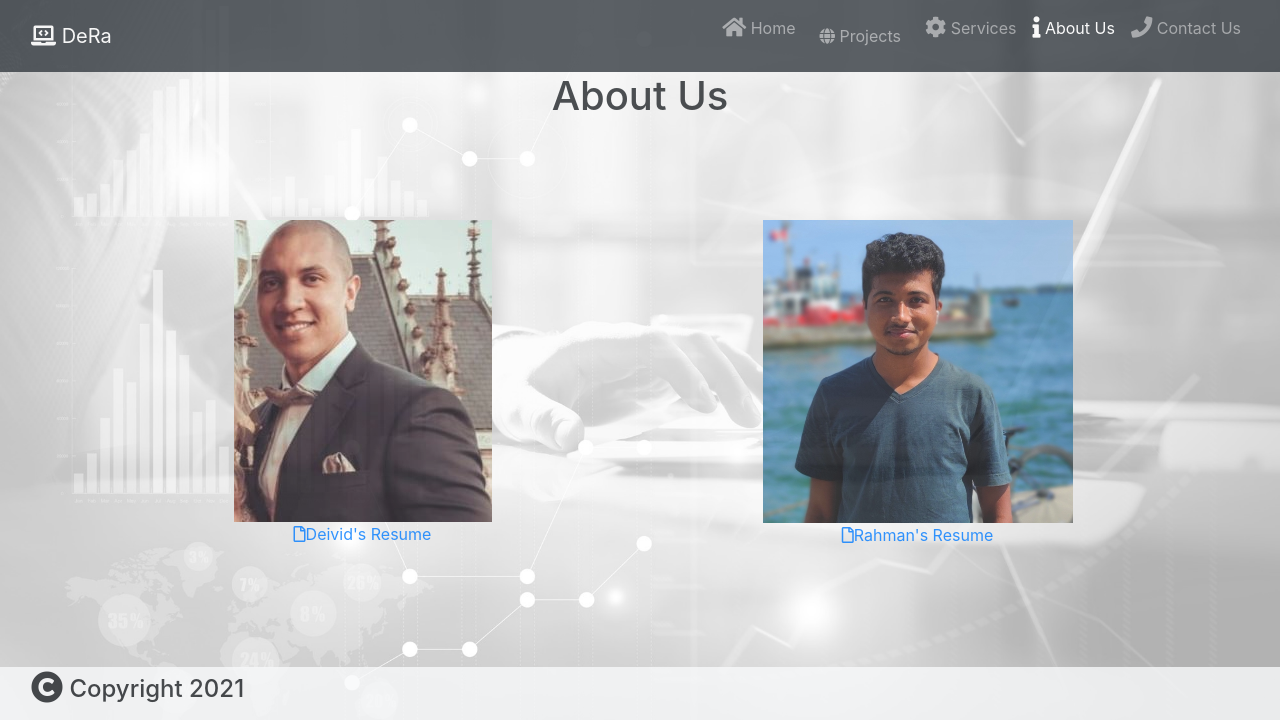
Repository: deividwsantoss/web6201-Lab1
Page: about.html
The author's editor kept a copy of each file at every save. The page is drawn from the files as they stood at one save, then again after the next save.
The browser window is 1280 px wide. The pictures show the whole page.

Above is the page before, as saved 2021-02-03 19:03:00.
Console error: TypeError: Cannot set properties of null (setting 'innerHTML')

After the next save:
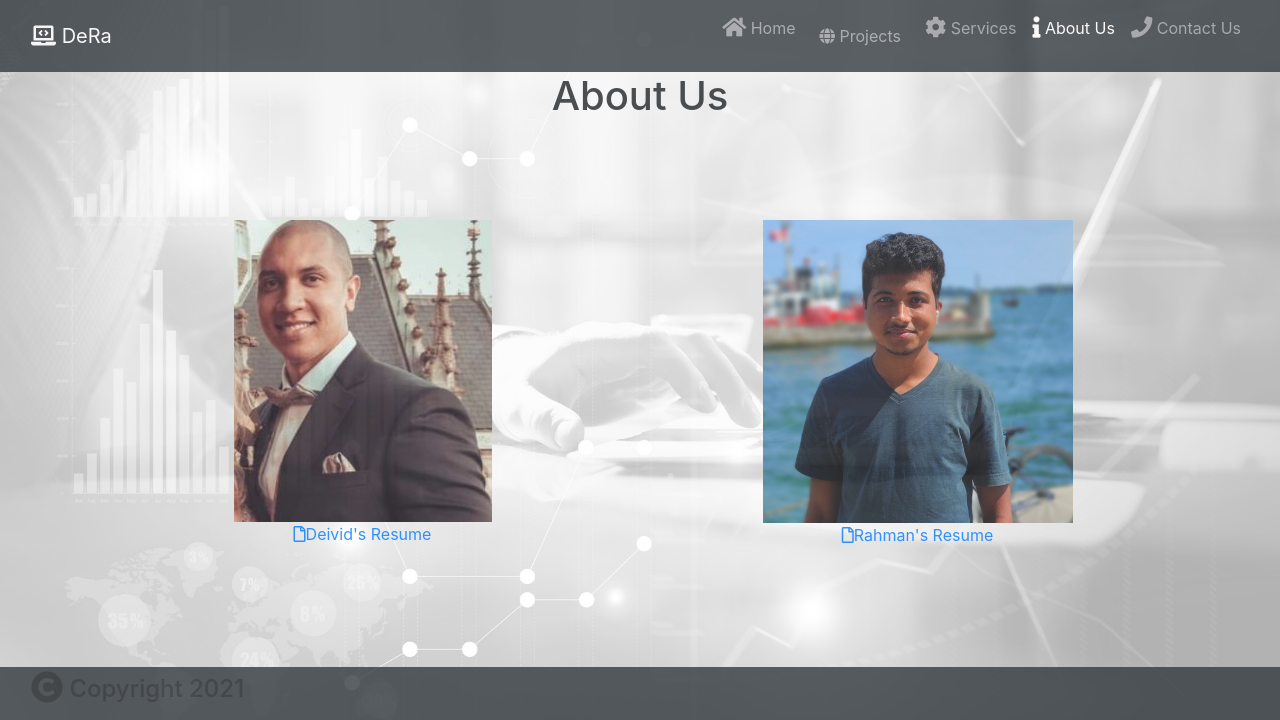
Saved 4 min 52 s later.
--- a/about.html
+++ b/about.html
@@ -63,7 +63,7 @@
         </main>
         <!-- Main Footer-->
         <footer>
-          <nav class="navbar fixed-bottom navbar-light bg-light">
+          <nav class="navbar fixed-bottom navbar-dark bg-dark">
               <div class="container-fluid">
                   <h4><i class="fas fa-copyright fa-lg"></i> Copyright 2021 </h4>
               </div>

After the save that followed:
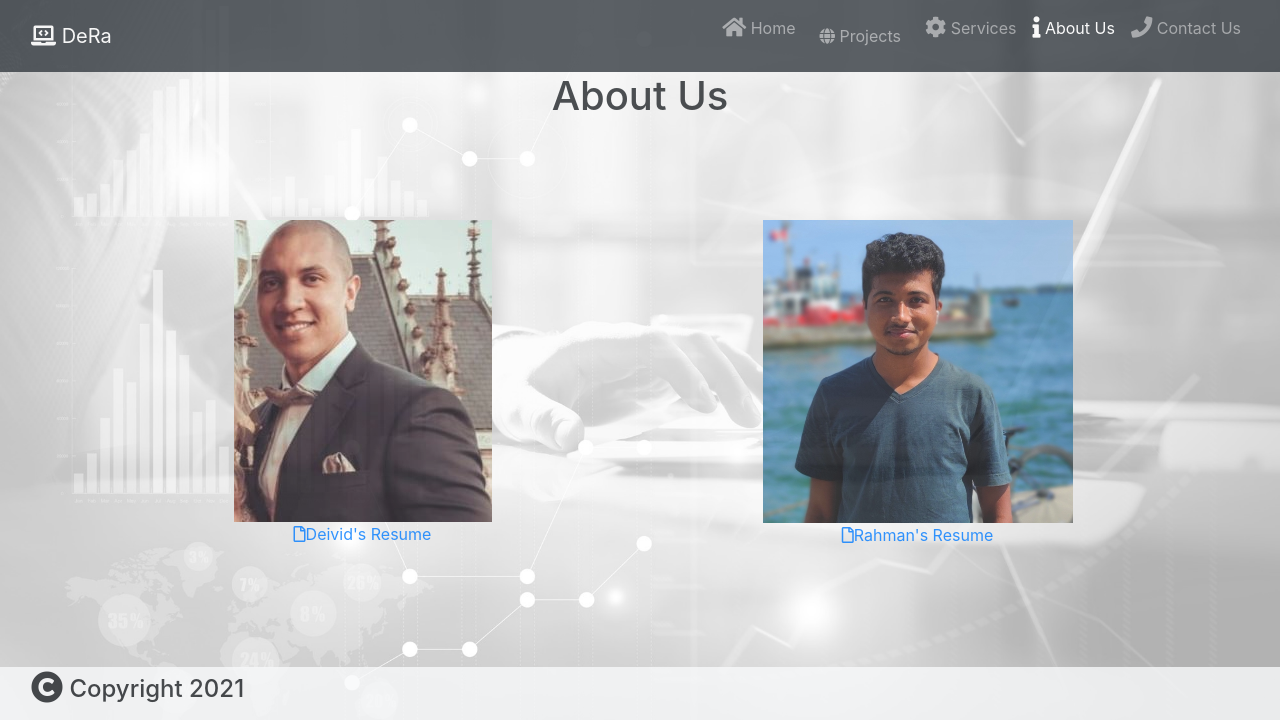
Saved 75 s later.
--- a/about.html
+++ b/about.html
@@ -63,7 +63,7 @@
         </main>
         <!-- Main Footer-->
         <footer>
-          <nav class="navbar fixed-bottom navbar-dark bg-dark">
+          <nav class="navbar fixed-bottom navbar-light bg-light">
               <div class="container-fluid">
                   <h4><i class="fas fa-copyright fa-lg"></i> Copyright 2021 </h4>
               </div>
